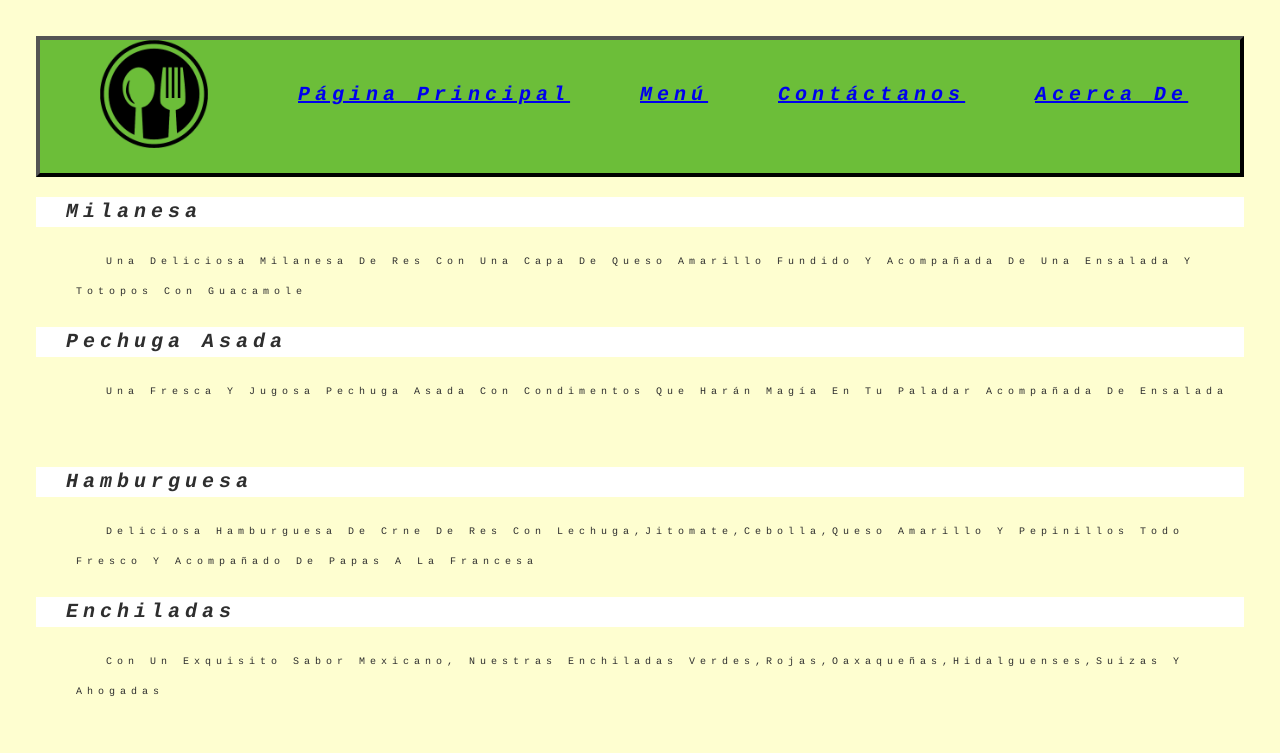
Repository: UVMCoyoacan/eq06_sitio1
Page: Carpeta docs/menu.html
The author's editor kept a copy of each file at every save. The page is drawn from the files as they stood at one save, then again after the next save.
The browser window is 1280 px wide. The pictures show the whole page.

Above is the page before, as saved 2024-03-08 09:26:30.

After the next save:
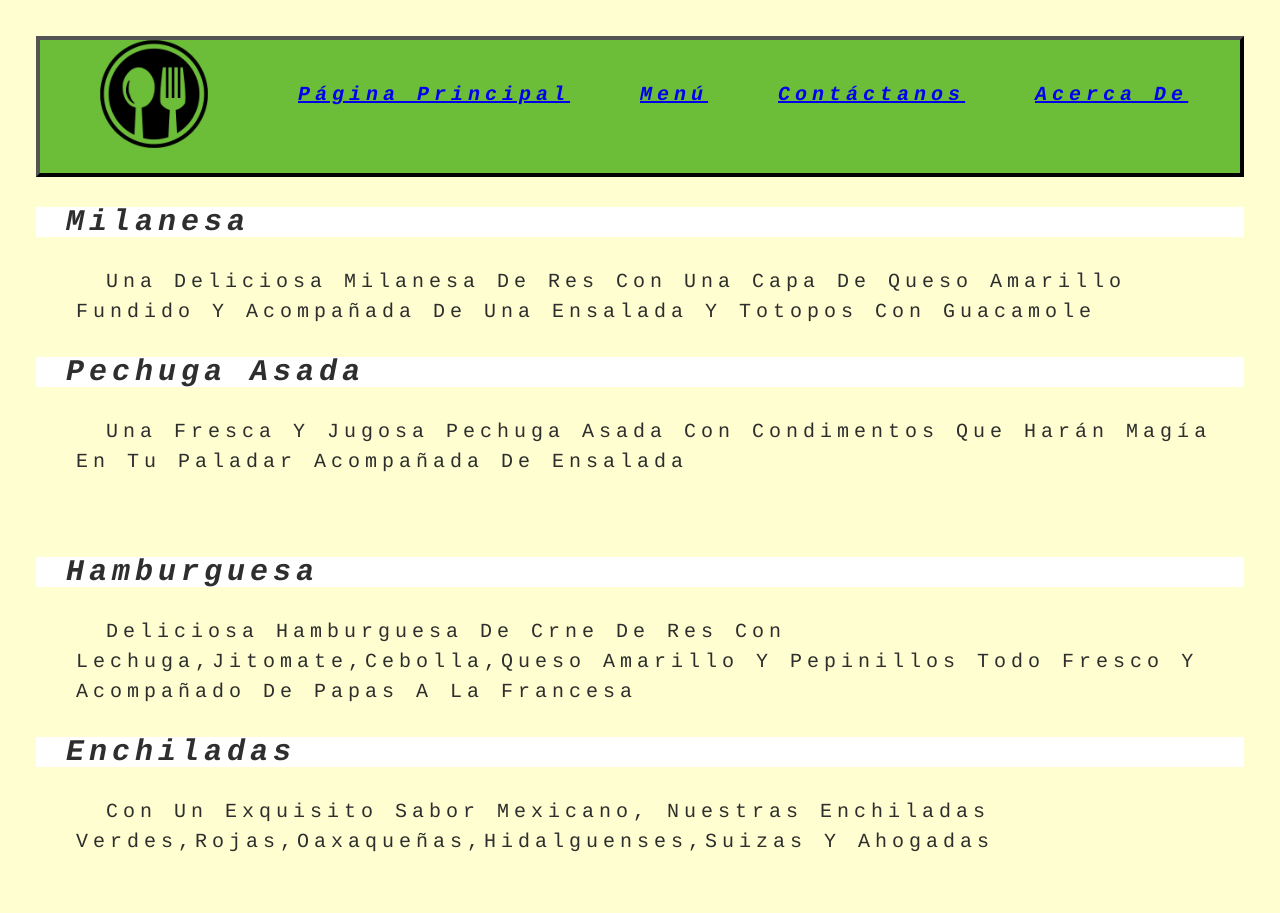
Saved 13 s later.
--- a/Carpeta estilos/estilo1.css
+++ b/Carpeta estilos/estilo1.css
@@ -70,7 +70,7 @@ ul {
 }
 p{
 
-    font-size: 20px;
+    font-size: 30px;
     font-family: Courier;
     font-weight: bold;
     font-style:italic;
@@ -88,7 +88,7 @@ p{
 
   ol{
 
-      font-size: 10px;
+      font-size: 20px;
       font-family: Courier;
       font-weight:200;
       font-style: normal;
